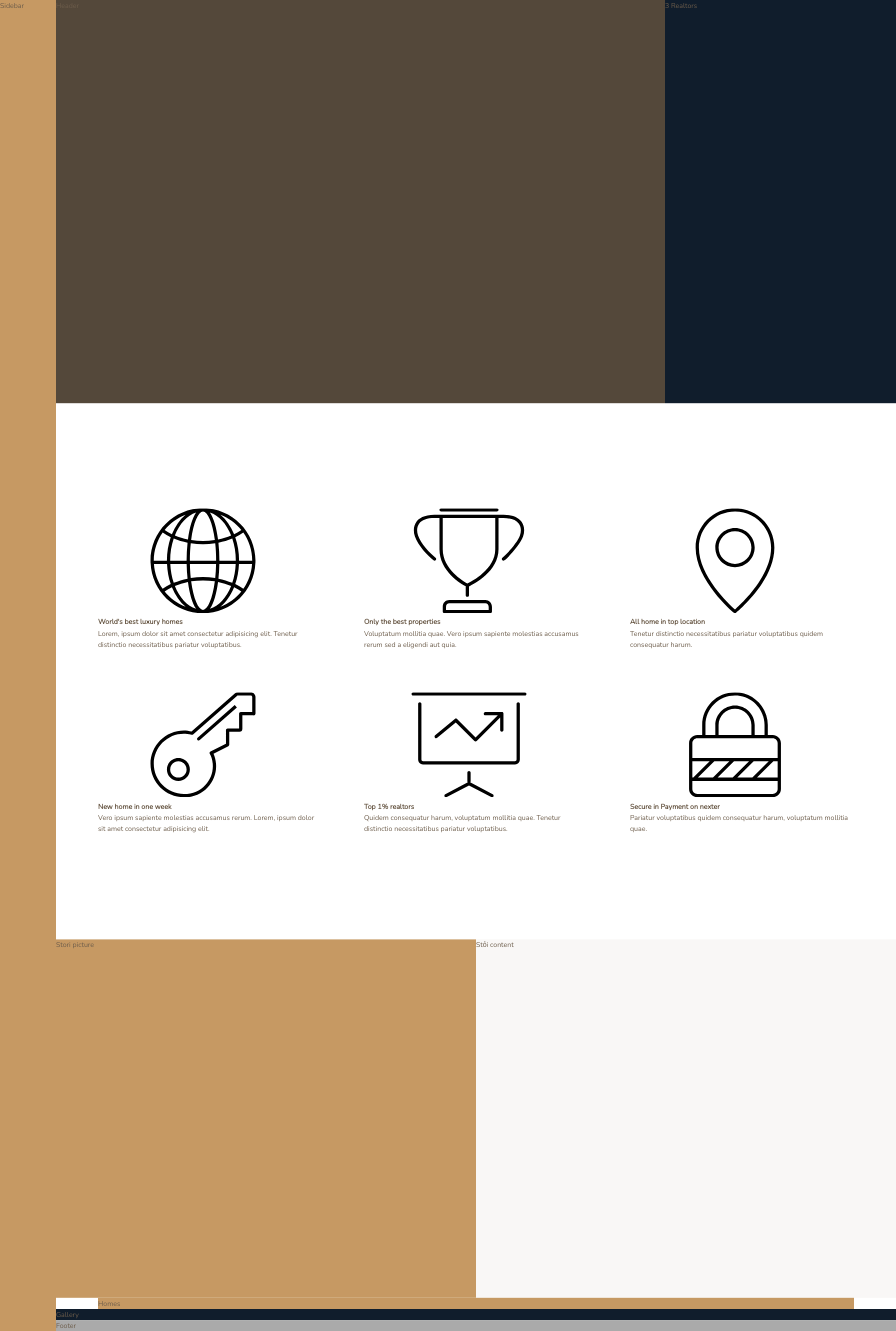
Repository: m2pd/your-home
Page: index.html
These files come from the project's save history. The page is drawn as it stood at one moment and after the next save; the edit follows.
The browser window is 1280 px wide. The pictures show the whole page, at 70% of full size.
The style sheet was rebuilt from its Sass, Less or Tailwind sources for each picture, by a compiler version that may differ from the author's.

Above is the page before, as saved 2020-02-27 09:23:37.

After the next save:
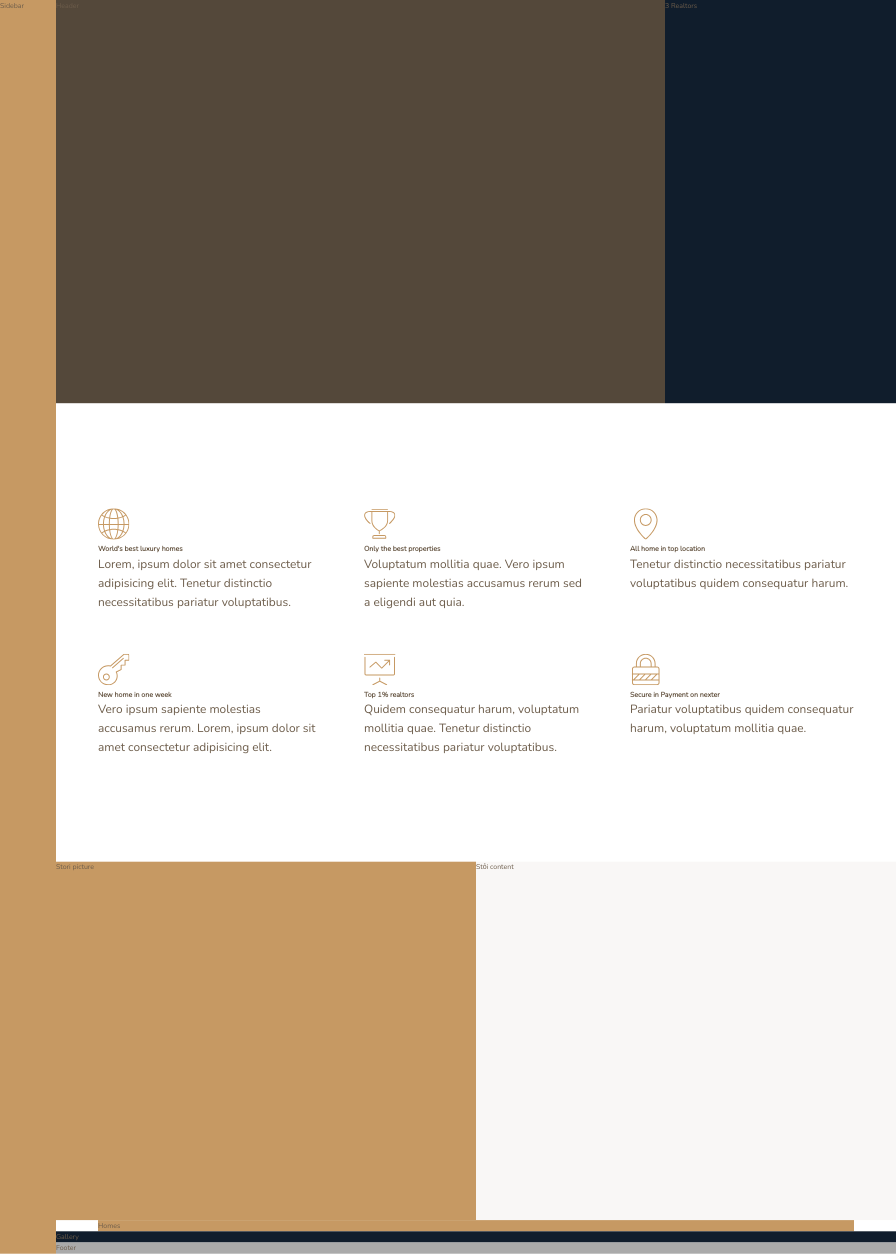
Saved 4 days later.
--- a/sass/_features.scss
+++ b/sass/_features.scss
@@ -6,3 +6,16 @@
     grid-template-columns: repeat(3, 1fr);
     grid-gap: 6rem;
 }
+
+.feature{
+
+    &__icon{
+        fill: $color-primary;
+        width:4.5rem;
+        height:4.5rem
+    }
+
+    &__text{
+        font-size: 1.7rem;
+    }
+}
